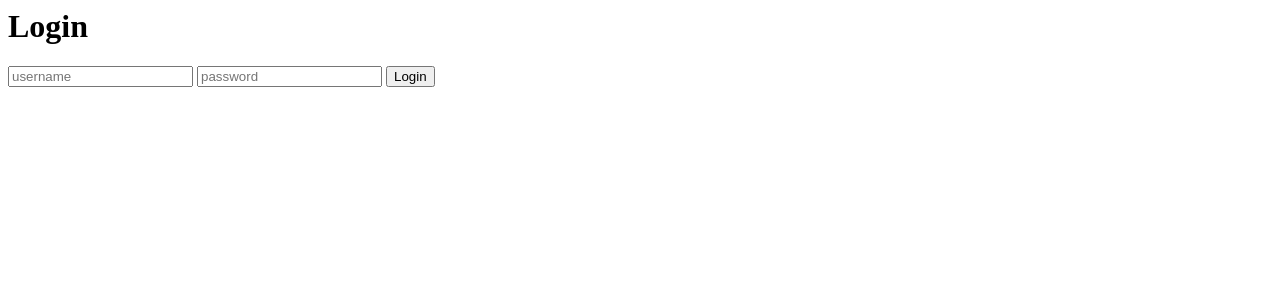
Repository: Oscar6/Udemy-workspace
Page: http://localhost/login
The author's editor kept a record of every edit. The page is drawn from the files as they stood at one moment, then again after the next edit.
The browser window is 1280 px wide. The pictures show the whole page.
The page is served by the project's Node server (Authentication/AuthDemo/app.js).

Above is the page before.

After the next edit:
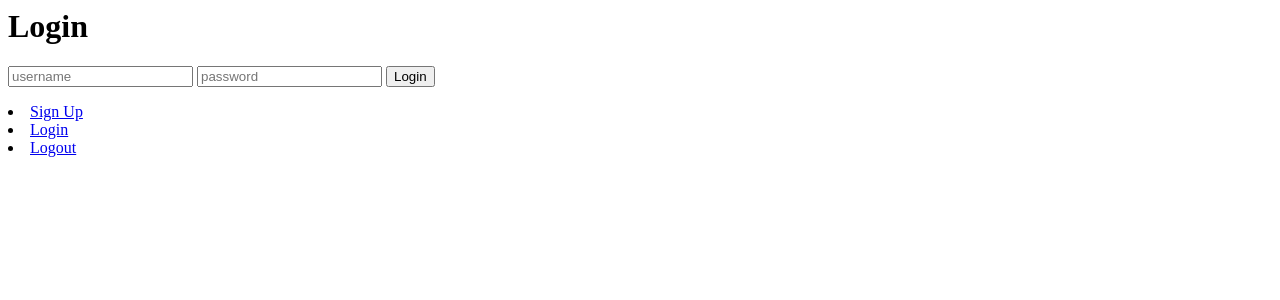
The edit:
--- a/Authentication/AuthDemo/views/login.ejs
+++ b/Authentication/AuthDemo/views/login.ejs
@@ -5,3 +5,7 @@
     <input type="password" name="password" placeholder="password">
     <button>Login</button>
 </form>
+
+<li><a href="/register">Sign Up</a></li>
+<li><a href="/login">Login</a></li>
+<li><a href="/logout">Logout</a></li>
